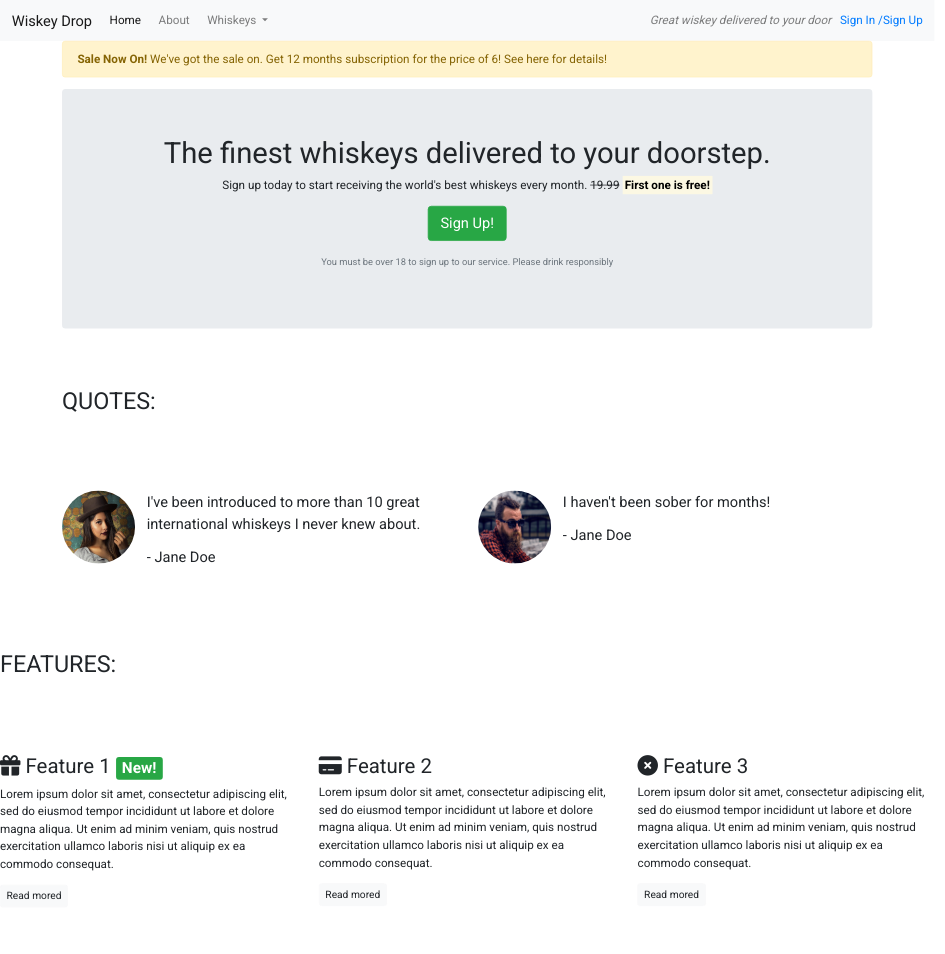
Repository: manub7/bootstrap4-mobile-first
Page: index.html
The author's editor kept a record of every edit. The page is drawn from the files as they stood at one moment, then again after the next edit.
The browser window is 1280 px wide. The page is 1295 px wide, then 1280 px, so the pictures cover 1295 px, including what lies to the right of the window. The pictures show the whole page, at 73% of full size.
Backgrounds fixed to the window are drawn as part of the page. Some web libraries are served in a nearby version.

Above is the page before.

### index.html
<!DOCTYPE html>
<html lang="en-us">

<head>
    <meta charset="utf-8">
    <meta name="viewport" content="width=device-width, initial-scale=1.0">
    <title>Whiskey Drop | Taste a new whiskey every month</title>
    <link rel="stylesheet" href="https://maxcdn.bootstrapcdn.com/bootstrap/4.1.3/css/bootstrap.min.css">
    <link rel="stylesheet" href="https://stackpath.bootstrapcdn.com/bootstrap/4.4.1/css/bootstrap.min.css" integrity="sha384-Vkoo8x4CGsO3+Hhxv8T/Q5PaXtkKtu6ug5TOeNV6gBiFeWPGFN9MuhOf23Q9Ifjh" crossorigin="anonymous">
    <script src="https://kit.fontawesome.com/0c0aa31012.js" crossorigin="anonymous"></script>
    <link href="https://fonts.googleapis.com/css?family=Roboto:400,700&display=swap" rel="stylesheet">
    <link rel="stylesheet" href="css/style.css" type="text/css" />
</head>

<body>
    <nav class="navbar navbar-light bg-light navbar-expand-sm ">

        <a href="/" class="navbar-brand">Wiskey Drop</a>
        <button class="navbar-toggler ml-auto" type="button" data-toggle="collapse" data-target="#navbarNavDropdown" aria-controls="navbarNavDropdown" aria-expanded="false" aria-label="Toggle navigation">
        <span class="navbar-toggler-icon"></span></button>

        <div class="collapse navbar-collapse" id="navbarNavDropdown">
            <ul class="navbar-nav mr-auto">
                <li class="active nav-item mr-2"><a class="nav-link" href="/">Home</a></li>
                <li class="nav-item mr-2"><a class="nav-link" href="/about">About</a></li>
                <li class="nav-item dropdown">
                    <a class="nav-link dropdown-toggle" href="#" id="navbarDropdownMenuLink" role="button" data-toggle="dropdown" aria-haspopup="true" aria-expanded="false">
            Whiskeys
        </a>
                    <div class="dropdown-menu" aria-labelledby="navbarDropdownMenuLink">
                        <a class="dropdown-item" href="#">Irish</a>
                        <a class="dropdown-item" href="#">Scotch</a>
                        <a class="dropdown-item" href="#">Japanese</a>
                        <a class="dropdown-item" href="#">American</a>
                    </div>
                </li>

                <li class="nav-item mr-2 d-block d-sm-none"><a class="nav-link" href="">Sign In / Sign Up</a></li>
            </ul>
        </div>

        <div class="d-none d-md-block">
            <p class="navbar-text my-auto mr-2"><i>Great wiskey delivered to your door</i></p>
            <a href="/login">Sign In /Sign Up</a>

        </div>

    </nav>
    <div class="container alert-container">
        <div class="row d-none d-sm-block">
            <div class="col-12">
                <div class="alert alert-warning">
                    <strong>Sale Now On!</strong> We've got the sale on. Get 12 months subscription for the price of 6!
                    <a ref="">See here for details!</a>
                </div>
            </div>
        </div>
        <!-- Callout -->
        <div class="row">
            <div class="col-12">
                <section class="callout jumbotron text-center">
                    <h1>The finest whiskeys delivered to your doorstep.</h1>
                    <p clas="lead">Sign up today to start receiving the world's best whiskeys every month.
                        <s class="d-none d-sm-inline">19.99</s>
                        <span class="d-inline d-sm-none"><br></span>
                        <strong><mark> First one is free!</mark></strong></p>
                    <p><button class="btn btn-lg btn-success" data-toggle="modal" data-target="#signUpModal">Sign Up!</button></p>
                    <p class="text-muted"><small> You must be over 18 to sign up to our service. Please drink responsibly </small></p>
                </section>
            </div>
        </div>

        <!-- /.callout -->
        </div>

        <!-- Quotes -->
        <div class="container container-quotes">
        <section class="quotes">
            <div class="row">
                <div class="col-12 my-5">
                    <h2 class="text-uppercase">Quotes:</h2>
                </div>
            </div>
            <div class="row">
                <div class="col-12 col-md-6 my-5">
                    <div class="media">
                        <div class="d-none d-sm-block">
                            <img src="images/girl-image.png" class="rounded-circle  mr-3" height=100 width=100>
                        </div>
                        <div class="media-body">
                            <blockquote class="blockquote">
                                <p>I've been introduced to more than 10 great international whiskeys I never knew about.</p>
                                <p>- Jane Doe</p>
                            </blockquote>
                        </div>
                    </div>
                </div>

                <div class="col-12 col-md-6 my-5">
                    <div class="media">
                        <div class="d-none d-sm-block">
                            <img src="images/guy-image.png" class="rounded-circle mr-3" height=100 width=100>
                        </div>
                        <div class="media-body">
                            <blockquote class="blockquote">
                                <p>I haven't been sober for months!</p>
                                <p>- Jane Doe</p>
                                </blockquotes>
                        </div>
                    </div>
                </div>
            </div>
          </div>
        </section>
        <!-- /.quotes -->


        <!-- Features -->
        <div class="features-container">
        <section class="features">
            <div class="row">
                <div class="col-12 my-5">
                    <h2 class="text-uppercase">Features:</h2>
                </div>
            </div>

            <div class="row">
                <div class="col-12 col-md-6 col-lg-4 my-5">
                    <div class="feature">
                        <h3><i class="fas fa-gift d-none d-sm-inline"></i> Feature 1 <span class="badge badge-success">New!</span></h3>
                        <p>Lorem ipsum dolor sit amet, consectetur adipiscing elit, sed do eiusmod tempor incididunt ut labore et dolore magna aliqua. Ut enim ad minim veniam, quis nostrud exercitation ullamco laboris nisi ut aliquip ex ea commodo consequat.</p>
                        <p><a class="btn btn-sm btn-light">Read mored</a></p>
                    </div>
                </div>


                <div class="col-12 col-md-6 col-lg-4 my-5">
                    <div class="feature">
                        <h3><i class="fas fa-credit-card d-none d-sm-inline"></i> Feature 2</h3>
                        <p>Lorem ipsum dolor sit amet, consectetur adipiscing elit, sed do eiusmod tempor incididunt ut labore et dolore magna aliqua. Ut enim ad minim veniam, quis nostrud exercitation ullamco laboris nisi ut aliquip ex ea commodo consequat.</p>
                        <p><a class="btn btn-sm btn-light">Read mored</a></p>
                    </div>
                </div>


                <div class="col-12 d-md-none d-lg-block col-lg-4 my-5">
                    <div class="feature">
                        <h3><i class="fas fa-times-circle d-none d-sm-inline"></i> Feature 3</h3>
                        <p>Lorem ipsum dolor sit amet, consectetur adipiscing elit, sed do eiusmod tempor incididunt ut labore et dolore magna aliqua. Ut enim ad minim veniam, quis nostrud exercitation ullamco laboris nisi ut aliquip ex ea commodo consequat.</p>
                        <p><a class="btn btn-sm btn-light">Read mored</a></p>
                    </div>
                </div>
            </div>
          </div>
        </section>
        <!-- /.features -->
    </div>

    <!-- /Modla dialog -->

     <div class="modal" tabindex="-1" role="dialog" id="signUpModal">
        <div class="modal-dialog" role="document">
            <div class="modal-content">
                <div class="modal-header">
                    <h5 class="modal-title">Sign Up To Whiskey Drop!</h5>
                    <button type="button" class="close" data-dismiss="modal" aria-label="Close">
          <span aria-hidden="true">&times;</span>
        </button>
                </div>
                <div class="modal-body">
                    <form>
                        <div class="form-group">
                            <label for="exampleInputEmail1">Email address</label>
                            <input type="email" class="form-control" id="exampleInputEmail1" aria-describedby="emailHelp" placeholder="Enter email">
                            <small id="emailHelp" class="form-text text-muted">We'll never share your email with anyone else.</small>
                        </div>
                        <div class="form-group">
                            <label for="password">Password</label>
                            <input type="password" class="form-control" id="password" placeholder="Password">
                        </div>
                        <div class="form-group">
                            <label for="repeatPassword">Repeat Password</label>
                            <input type="password" class="form-control" id="repeatPassword" placeholder="Repeat Password">
                        </div>
                        <button type="submit" class="btn btn-success">Submit</button>
                    </form>
                </div>
            </div>
        </div>
    </div>


    <script src="https://code.jquery.com/jquery-3.4.1.slim.min.js" integrity="sha384-J6qa4849blE2+poT4WnyKhv5vZF5SrPo0iEjwBvKU7imGFAV0wwj1yYfoRSJoZ+n" crossorigin="anonymous"></script>
    <script src="https://cdn.jsdelivr.net/npm/popper.js@1.16.0/dist/umd/popper.min.js" integrity="sha384-Q6E9RHvbIyZFJoft+2mJbHaEWldlvI9IOYy5n3zV9zzTtmI3UksdQRVvoxMfooAo" crossorigin="anonymous"></script>
    <script src="https://stackpath.bootstrapcdn.com/bootstrap/4.4.1/js/bootstrap.min.js" integrity="sha384-wfSDF2E50Y2D1uUdj0O3uMBJnjuUD4Ih7YwaYd1iqfktj0Uod8GCExl3Og8ifwB6" crossorigin="anonymous"></script>
</body>

</html>

### css/style.css
body {
    font-family: 'Roboto', sans-serif;
}

.alert-container {}

.callout-container {
    height: 100vh;
    background: url(../images/wiskey-background.jpg) no-repeat bottom right fixed;
    -webkit-background-size: cover;
    -moz-background-size: cover;
    -o-background-size: cover;
    background-size: cover;
}

.quotes-container {}

.features-container {}

.

After the next edit:
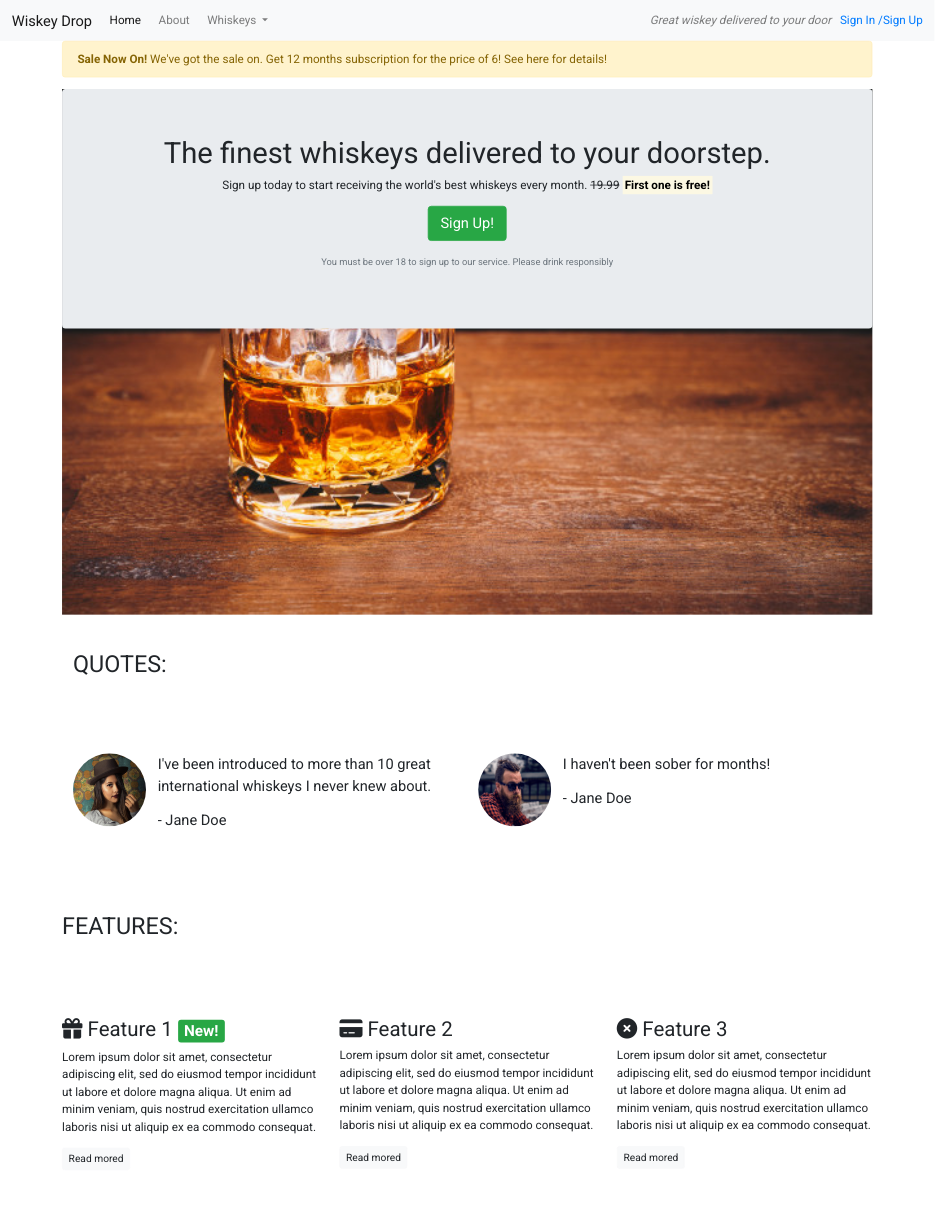
The edit:
--- a/index.html
+++ b/index.html
@@ -56,6 +56,7 @@
             </div>
         </div>
         <!-- Callout -->
+        <div class="callout-container">
         <div class="row">
             <div class="col-12">
                 <section class="callout jumbotron text-center">
